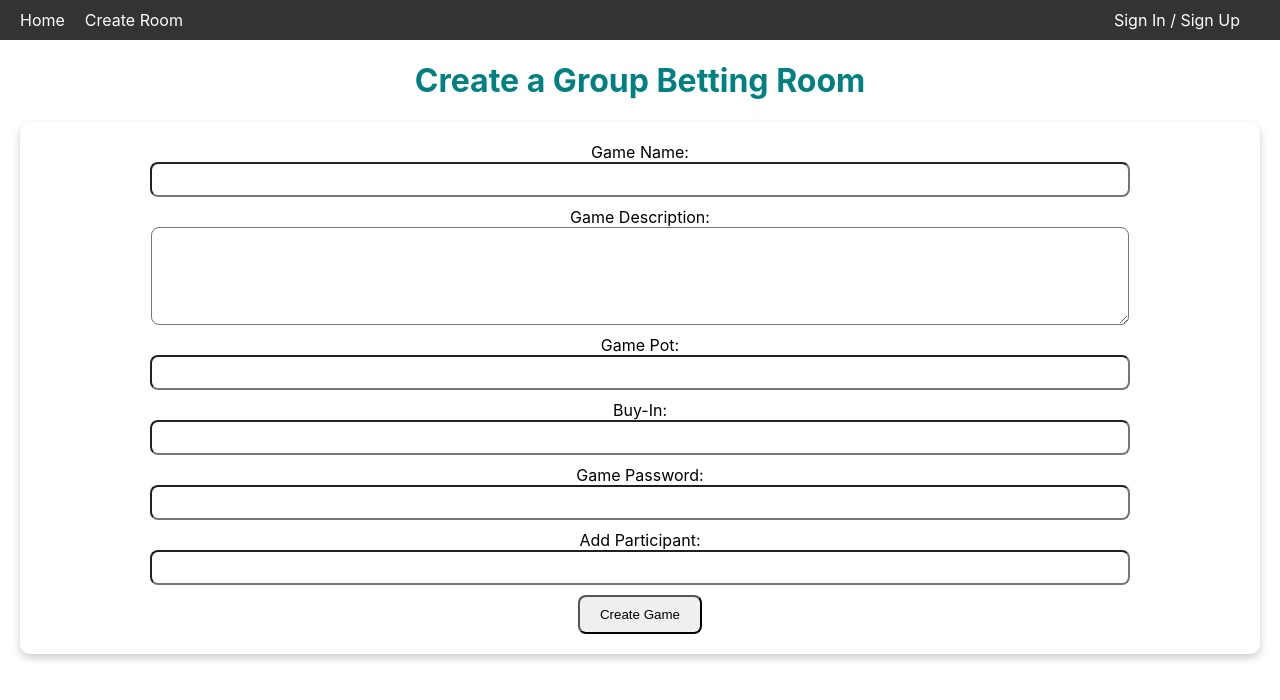
Repository: cis350/team_14_cis_3500_project_repo
Page: /create-room (app in frontend/shakeonit/)
The author's editor kept a copy of each file at every save. The page is drawn from the files as they stood at one save, then again after the next save.
The browser window is 1280 px wide. The pictures show the whole page.
The project was rebuilt for these pictures with package versions that can differ from the ones it lists, and the page was loaded fresh each time. Also part of the build but not shown: frontend/shakeonit/src/Landing.js, frontend/shakeonit/src/EventCard.js, frontend/shakeonit/src/Home.js, frontend/shakeonit/src/JoinBettingRoom.js, frontend/shakeonit/src/BettingRoom.js.

Above is the page before, as saved 2024-05-14 19:11:51.

After the next save:
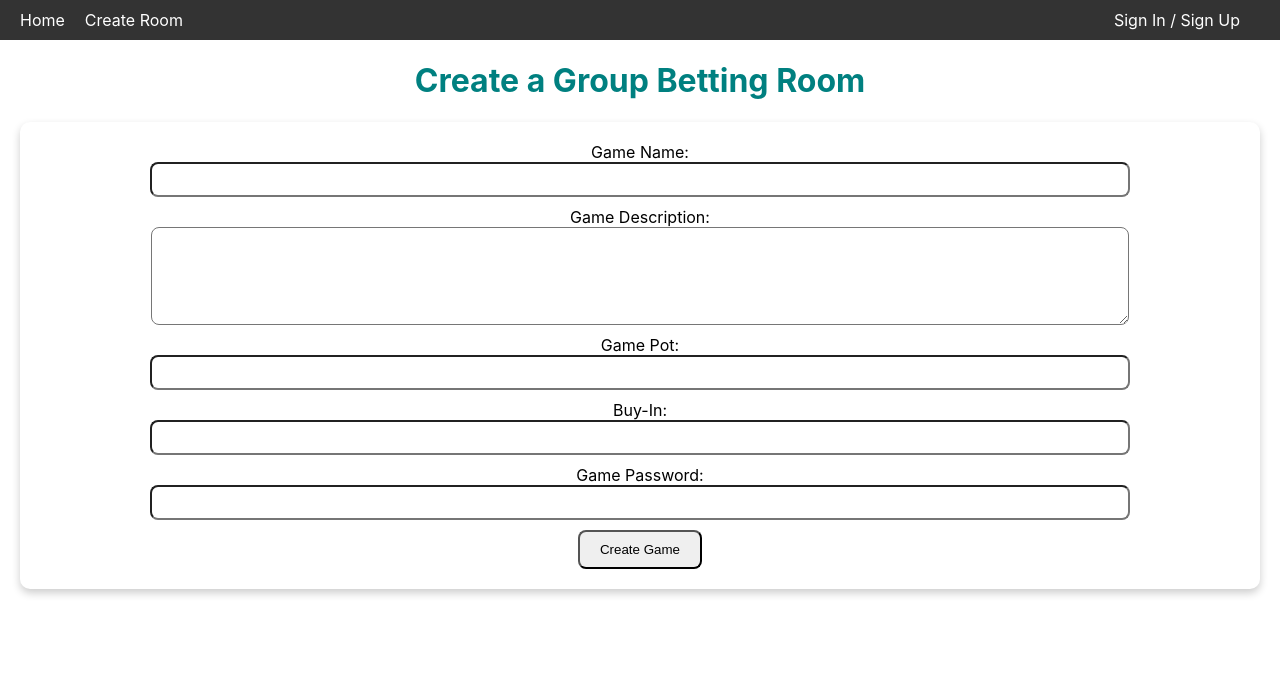
Saved 10 s later.
--- a/frontend/shakeonit/src/CreateBettingRoom.js
+++ b/frontend/shakeonit/src/CreateBettingRoom.js
@@ -119,22 +119,6 @@ function CreateBettingRoom() {
                             />
                         </label>
                     </div>
-                    <div style={{ marginBottom: '10px' }}>
-                        <label>
-                            Add Participant:
-                            <input
-                                type="text"
-                                onKeyDown={e => {
-                                    if (e.key === 'Enter') {
-                                        e.preventDefault();
-                                        handleAddParticipant(e.target.value);
-                                        e.target.value = ''; // Clear the input after adding
-                                    }
-                                }}
-                                style={{ display: 'block', width: '80%', margin: 'auto', padding: '8px', borderRadius: '8px' }}
-                            />
-                        </label>
-                    </div>
                     <button type="submit" style={{ padding: '10px 20px', borderRadius: '8px' }}>Create Game</button>
                 </form>
             </div>
